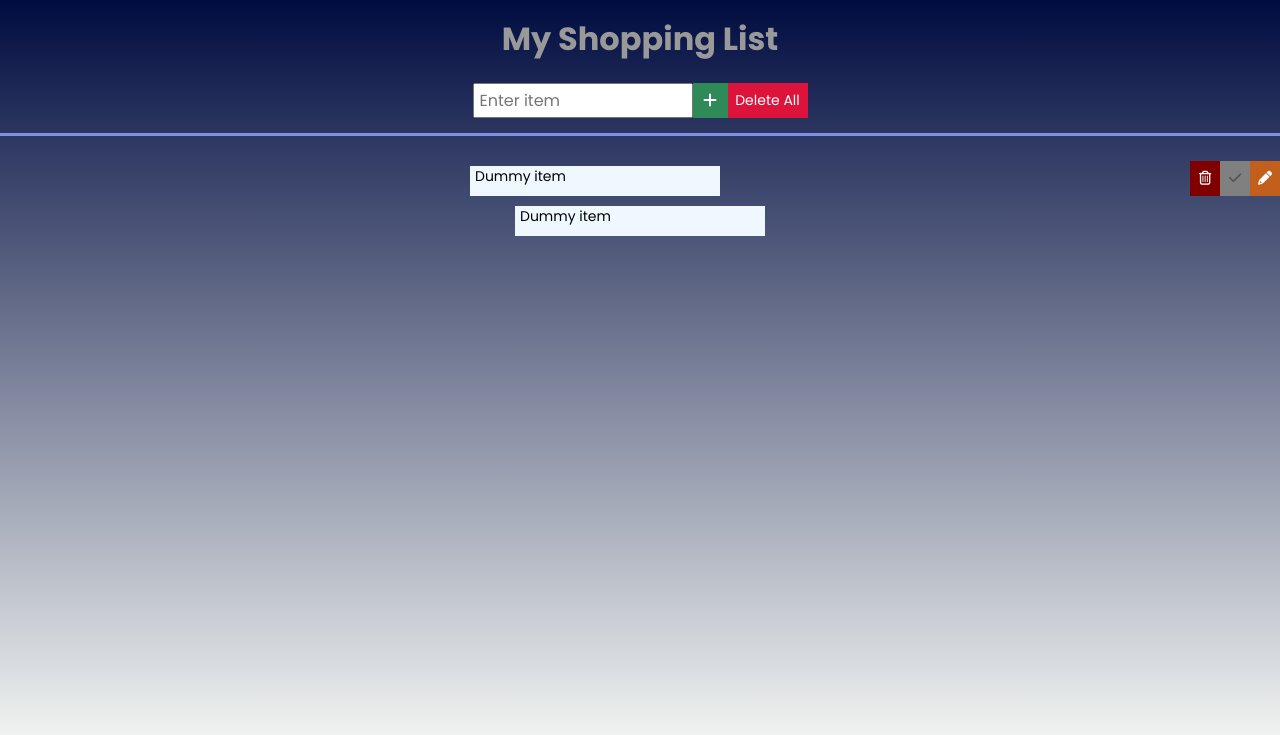
Repository: SaadYasin/shopping-list01-js
Page: index.html
An editor plug-in stored every save of this project. The page is shown before and after a run of saves, followed by the edit.
The browser window is 1280 px wide. The pictures show the whole page.

Above is the page before, as saved 2021-12-05 19:11:55.

### index.html
<!DOCTYPE html>
<html lang="en">
<head>
    <meta charset="UTF-8">
    <meta http-equiv="X-UA-Compatible" content="IE=edge">
    <meta name="viewport" content="width=device-width, initial-scale=1.0">
    <title>Shopping List App</title>
    <link rel="stylesheet" href="styles.css">
    <link rel="preconnect" href="https://fonts.googleapis.com">
    <link rel="preconnect" href="https://fonts.gstatic.com" crossorigin>
    <link href="https://fonts.googleapis.com/css2?family=Poppins:ital,wght@0,100;0,300;0,400;0,600;0,700;1,100;1,300;1,400;1,600;1,700&display=swap" rel="stylesheet">

    <link rel="stylesheet" href="https://cdnjs.cloudflare.com/ajax/libs/font-awesome/6.0.0-beta3/css/all.min.css">

</head>
<body>
    <header>
        <h1>My Shopping List</h1>

        <div id="input-form">
            <input type="text" id="item-txt" name="item-text" placeholder="Enter item" aria-label="Enter item" required>

            <button id="btn" class="btn plus-btn" type="button"><i class="fa fa-plus" aria-hidden="true"></i></button>

            <button class="btn btn-delete-all" type="button" >Delete All</button>

        </div>

        <div id="divider"></div>

        <div class="container">
            <ul id="items-list">
                <div class="list-line">
                    <li class="item">Dummy item</li>
                    <button class="btn btn-delete-item" type="button"><i class="far fa-trash-alt"></i></button>
                    <button class="btn btn-done"><i class="fas fa-check"></i></button>
                    <button class="btn btn-edit"><i class="fas fa-pencil-alt"></i></button>
                </div>
                <div class="list-line">
                    <li class="item">Dummy item</li>

                </div>
            </ul>
        </div>
    </header>
    <script src="app.js"></script>
</body>
</html>

### styles.css
* {
    padding: 0;
    margin: 0;
    box-sizing: border-box;
    font-family: 'Poppins', sans-serif;
}

body {
    min-height: 100vh;
    background: #F0F2F0;  /* fallback for old browsers */
background: -webkit-linear-gradient(to top, #f0f2f0 , #000C40);  /* Chrome 10-25, Safari 5.1-6 */
background: linear-gradient(to top,#f0f2f0 , #000C40); /* W3C, IE 10+/ Edge, Firefox 16+, Chrome 26+, Opera 12+, Safari 7+ */


}

header h1 {
    color: #999;
    text-align: center;
    margin-top: 15px;
}

#input-form {
    display: flex;
    margin-top: 20px;
    justify-content: center;
}

#item-txt {
    height: 35px;
    width: 220px;
    font-size: 16px;
    padding-left: 5px;
}

.btn {
    width: 35px;
    border: none;
    outline: none;
    font-size: 14px;
    color: #fff;
    cursor: pointer;
}

.plus-btn {
    background-color: seagreen;
    color: #fff;
    font-size: 16px;
}

.btn-delete-all {
    width: 80px;
    background-color: crimson;

}

#divider {
    width: 100vw;
    height: 3px;
    background-color: #7c90e6;
    margin-top: 15px;
}

.container {
    width: 100%;
    padding-top: 20px;

}

#items-list {
    display: flex;
    flex-direction: column;
    list-style-type: none;
}

.list-line {
    display: flex;
    justify-content: center;
    margin-top: 5px;
}

li {
    display: flex;
    width: 250px;
    height: 30px;
    font-size: 14px;
    background-color: aliceblue;
    padding-left: 5px;
    margin-top: 5px;
    margin-left: auto;
    margin-right: auto;

}

.btn-delete-item {
    width: 30px;
    background-color: maroon;
    color: #fff;

}

.btn-done {
    width: 30px;
    border: none;
    background-color: gray;
    color: #555;
    font-size: 14px;
}

.btn-edit {
    width: 30px;
    background-color: rgb(194, 95, 29);
    color: #fff;

}

### app.js
const addBtn = document.querySelector('#btn');
const inputText = document.querySelector('#item-txt');
const list = document.querySelector('.container ul');

addBtn.addEventListener('click', (e) => {

    // Check that there is an input text
    if (inputText.value !== "") {
        e.preventDefault();

        // Create li
        const newLi = document.createElement('li');
        newLi.innerHTML = inputText.value;
        list.appendChild(newLi);
    }
});

After the next 5 saves:
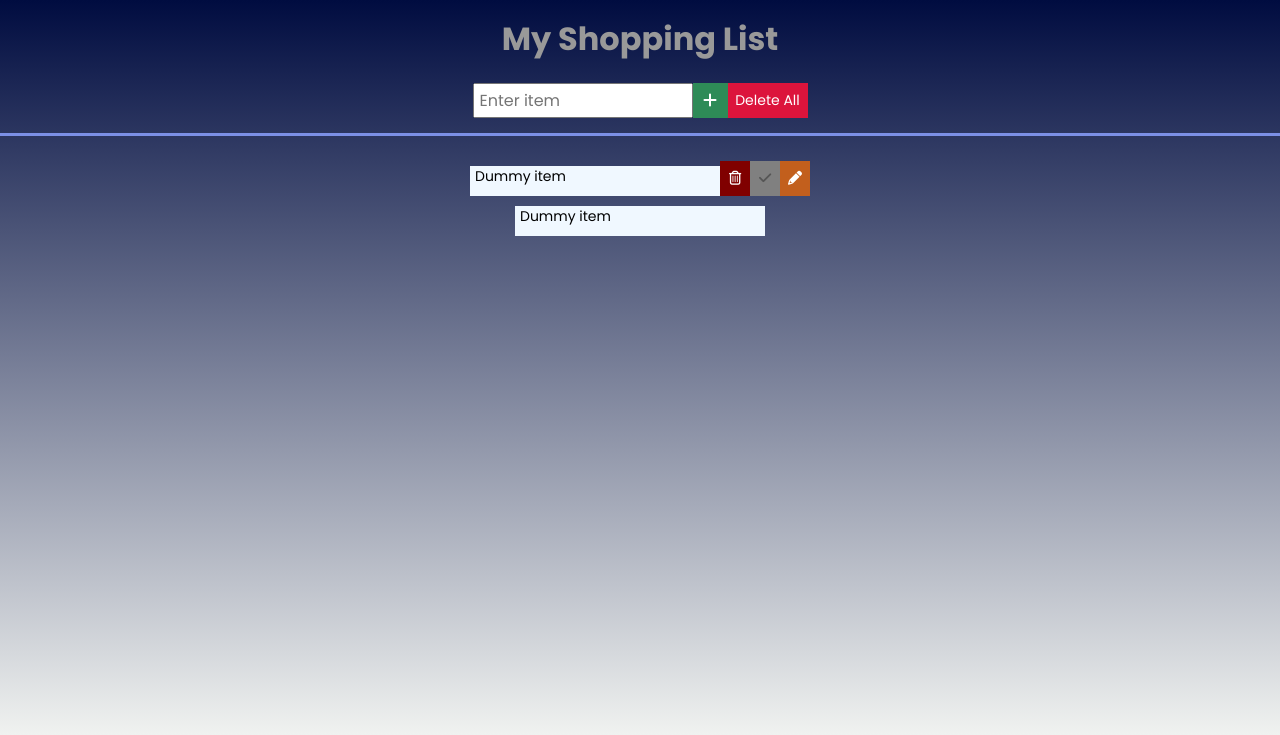
The 5 saves are shown as one change because they came seconds apart.
The last was saved 43 s later.
--- a/index.html
+++ b/index.html
@@ -31,7 +31,9 @@
         <div class="container">
             <ul id="items-list">
                 <div class="list-line">
-                    <li class="item">Dummy item</li>
+                    <div>
+                        <li class="item">Dummy item</li>
+                    </div>
                     <button class="btn btn-delete-item" type="button"><i class="far fa-trash-alt"></i></button>
                     <button class="btn btn-done"><i class="fas fa-check"></i></button>
                     <button class="btn btn-edit"><i class="fas fa-pencil-alt"></i></button>
